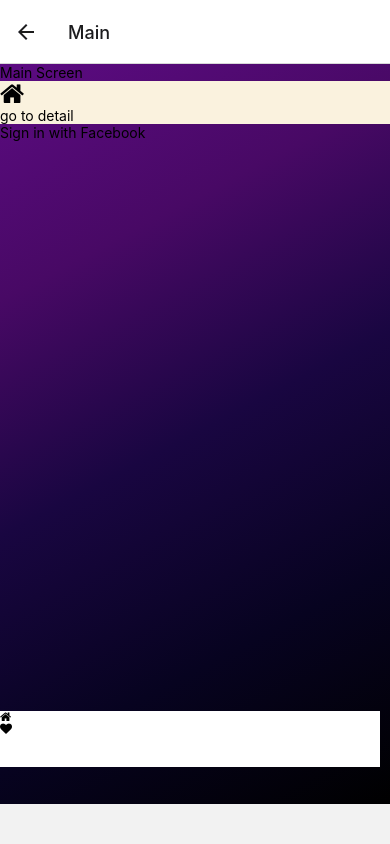
Repository: eyebone/barManager
Screen: /Main
An editor plug-in stored every save of this project. The screen is shown before and after the next save, followed by the edit.
The app was drawn by React Native's web renderer in a window 390 px wide. The project was rebuilt for these pictures with package versions that can differ from the ones it lists, and the page was loaded fresh each time. Some packages were replaced by stand-ins written for this rebuild. Also part of the build but not shown: components/EmojiPicker.js, components/Button.js, components/ImageViewer.js, components/circleButton.js, components/IconButton.js, view/ViewOne.js, view/Sign.js.

Above is the screen before, as saved 2023-06-26 17:09:20.

### App.js
// In App.js in a new project

import * as React from "react";
import { Button, View, Text, StyleSheet, Pressable, Alert } from "react-native";
// import React-native from 'react-native';
import { NavigationContainer } from "@react-navigation/native";
import { createNativeStackNavigator } from "@react-navigation/native-stack";
import { ViewOne } from "./view/ViewOne";
import { SignView } from "./view/Sign";
import { LinearGradient } from "expo-linear-gradient";
import FontAwesome from "react-native-vector-icons/FontAwesome";
import { MainView } from "./view/Main";

function HomeScreen({ navigation }) {
  return (
    <View style={styles.container}>
      <LinearGradient
        start={{ x: 0, y: 0 }}
        end={{ x: 1, y: 1 }}
        colors={["#5c0b82", "#480965", "#190641", "#070320", "#000000"]}
        style={styles.linearGradient}
      >
        <Text>Home Screen</Text>
        <Pressable
          style={(styles.button, { backgroundColor: "#faf2de" })}
          onPress={() => navigation.push("test")}
        >
          <FontAwesome name="home" size={26} style={{ paddingRight: 8 }} />
          <Text>go to detail</Text>
        </Pressable>

        <Button
          title="Go to Sign"
          onPress={() => navigation.navigate("sign")}
        />
        <Text style={styles.buttonText}>Sign in with Facebook</Text>
      </LinearGradient>
    </View>
  );
}

const Stack = createNativeStackNavigator();

function App() {
  return (
    <NavigationContainer style={styles.container}>
      <Stack.Navigator initialRouteName="Home">
        <Stack.Screen
          name="Home"
          component={HomeScreen}
          // options={{ title: "Overview", backgroundColor: "transparent" }}
          options={{ headerShown: false }}
        />
        <Stack.Screen name="test" component={ViewOne} />
        <Stack.Screen name="sign" component={SignView}
          options={{ headerShown: false }}
        />
        <Stack.Screen name="Main" component={MainView} />
      </Stack.Navigator>
    </NavigationContainer>
  );
}

export default App;

const styles = StyleSheet.create({
  container: {
    flex: 1,
    flexDirection: "column",
    backgroundColor: "#000000",
    //    alignItems: 'center',
  },
  linearGradient: {
    height: 740,
  },
  button: {
    borderRadius: 10,
    width: 300,
    height: 30,
    alignItems: "center",
    justifyContent: "center",
    flexDirection: "row",
  },
});

### view/Main.js
// 这是主界面

import { useState } from "react";
import { StatusBar } from "expo-status-bar";
import { StyleSheet, View } from "react-native";
import * as ImagePicker from "expo-image-picker";
import EmojiPicker from "../components/EmojiPicker";
import Button from "../components/Button";
import ImageViewer from "../components/ImageViewer";
import CircleButton from "../components/circleButton";
import IconButton from "../components/IconButton";
import { NavigationContainer } from "@react-navigation/native";
import { createNativeStackNavigator } from "@react-navigation/native-stack";
import { Text, Pressable } from "react-native";
import { NavigationBar } from "../components/NavigationBar";
import { LinearGradient } from "expo-linear-gradient";
import FontAwesome from "react-native-vector-icons/FontAwesome";

export function MainView({ navigation }) {
  return (
    <LinearGradient
      start={{ x: 0, y: 0 }}
      end={{ x: 1, y: 1 }}
      colors={["#5c0b82", "#480965", "#190641", "#070320", "#000000"]}
      style={styles.linearGradient}
    >
      <Text>Main Screen</Text>
      <Pressable
        style={(styles.button, { backgroundColor: "#faf2de" })}
        onPress={() => navigation.push("Home")}
      >
        <FontAwesome name="home" size={26} style={{ paddingRight: 8 }} />
        <Text>go to detail</Text>
      </Pressable>

      <Text style={styles.buttonText}>Sign in with Facebook</Text>
      <NavigationBar />
    </LinearGradient>
  );
}

const styles = StyleSheet.create({
  container: {
    flex: 1,
    flexDirection: "column",
    backgroundColor: "#000000",
    //    alignItems: 'center',
  },
  linearGradient: {
    height: 740,
  },
  button: {
    borderRadius: 10,
    width: 300,
    height: 30,
    alignItems: "center",
    justifyContent: "center",
    flexDirection: "row",
  },
});

### components/NavigationBar.js
//这是底部导航栏
import { StatusBar } from "expo-status-bar";
import { StyleSheet, View, Text } from "react-native";
import Button from "../components/Button";
import ImageViewer from "../components/ImageViewer";
import * as ImagePicker from "expo-image-picker";
import { useState } from "react";
const PlaceholderImage = require("../assets/images/background-image.png");
import * as React from "react";
import FontAwesome from "react-native-vector-icons/FontAwesome";
import {
  FlatList,
  Image,
  Platform,
  Pressable,
  PixelRatio,
  TextInput,
  Alert,
} from "react-native";
import { NavigationContainer } from "@react-navigation/native";
import { createNativeStackNavigator } from "@react-navigation/native-stack";
import { LinearGradient } from "expo-linear-gradient";

export function NavigationBar({navigation}) {
    return (
      <View style={styles.bar}>
        <Pressable>
          <FontAwesome name="home"></FontAwesome>
        </Pressable>
        <Pressable>
          <FontAwesome name="heart"></FontAwesome>
        </Pressable>
      </View>
    );
}

const styles = StyleSheet.create({
    bar:{
        width: 380,
        height: 56,
        backgroundColor: "#fff",
        marginTop: 570,
    },
})

After the next save:
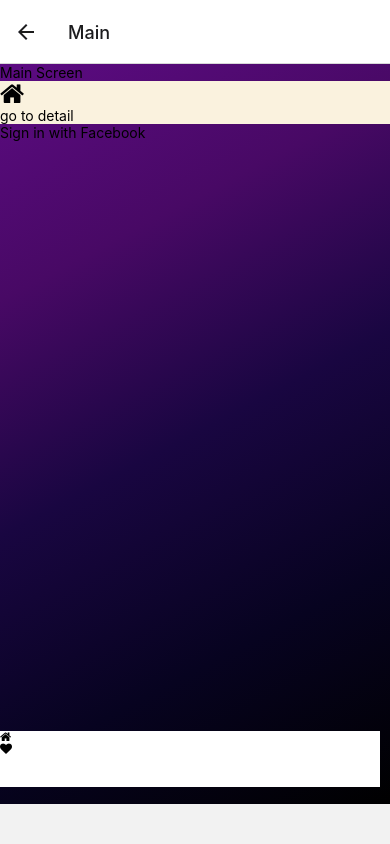
Saved 5 s later.
--- a/components/NavigationBar.js
+++ b/components/NavigationBar.js
@@ -39,6 +39,6 @@ const styles = StyleSheet.create({
         width: 380,
         height: 56,
         backgroundColor: "#fff",
-        marginTop: 570,
+        marginTop: 590,
     },
 })
